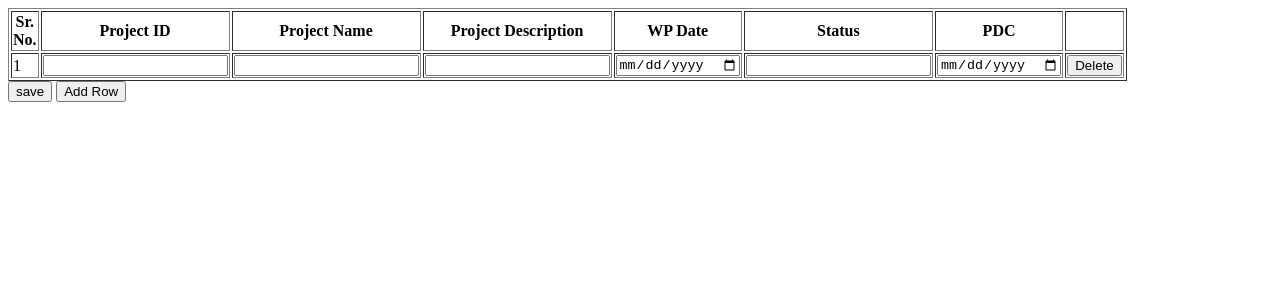
Repository: AdarshK062/BasicServlet
Page: http://localhost/Project1/index5.jsp
These files come from the project's save history. The page is drawn as it stood at one moment and after the next save; the edit follows.
The browser window is 1280 px wide. The pictures show the whole page.
The page is served by Tomcat 9.

Above is the page before, as saved 2021-03-29 15:36:14.

After the next save:
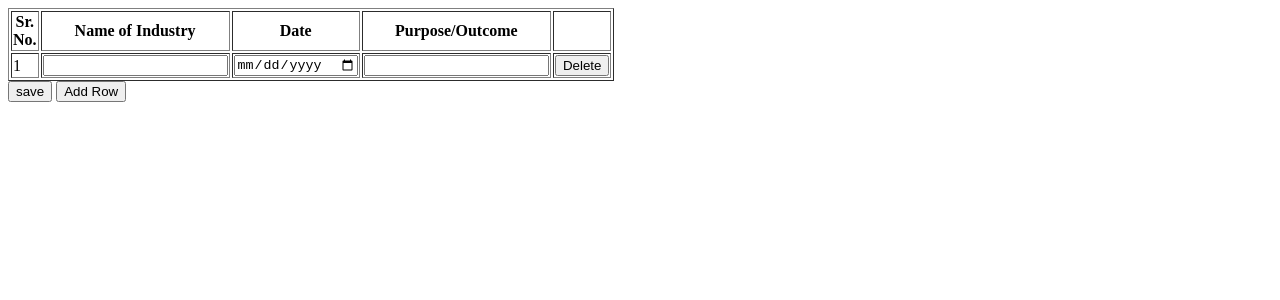
Saved 9 min 46 s later.
--- a/Project1/WebContent/index5.jsp
+++ b/Project1/WebContent/index5.jsp
@@ -25,51 +25,31 @@ DBConnect db=(DBConnect)s.getAttribute("db");
         var cell2 = row.insertCell(2);
         var cell3 = row.insertCell(3);
         var cell4 = row.insertCell(4);
-        var cell5 = row.insertCell(5);
-        var cell6 = row.insertCell(6);
-        var cell7 = row.insertCell(7);
         cell0.innerHTML = rowCount;
 
         var element1 = document.createElement("input");
         element1.type = "text";
         element1.setAttribute('value', '');
-        element1.setAttribute('name', 'projectId'+rowCount);
+        element1.setAttribute('name', 'name'+rowCount);
         cell1.appendChild(element1);
 
         var element2 = document.createElement("input");
-        element2.type = "text";
-        element2.setAttribute('value', '');
-        element2.setAttribute('name', 'projectName'+rowCount);
+        element2.type = "date";
+        element2.setAttribute('name', 'date'+rowCount);
         cell2.appendChild(element2);
 
         var element3 = document.createElement("input");
         element3.type = "text";
         element3.setAttribute('value', '');
-        element3.setAttribute('name', 'projectDesc'+rowCount);
+        element3.setAttribute('name', 'purpose'+rowCount);
         cell3.appendChild(element3);
 
         var element4 = document.createElement("input");
-        element4.type = "date";
-        element4.setAttribute('name', 'WPDate'+rowCount);
+        element4.type = "button";
+        element4.name = "button"+rowCount;
+        element4.setAttribute('value', 'Delete');
+        element4.onclick = function () { removeRow("button"+rowCount); }
         cell4.appendChild(element4);
-
-        var element5 = document.createElement("input");
-        element5.type = "text";
-        element5.setAttribute('value', '');
-        element5.setAttribute('name', 'status'+rowCount);
-        cell5.appendChild(element5);
-
-        var element6 = document.createElement("input");
-        element6.type = "date";
-        element6.setAttribute('name', 'PDC'+rowCount);
-        cell6.appendChild(element6);
-
-        var element7 = document.createElement("input");
-        element7.type = "button";
-        element7.name = "button"+rowCount;
-        element7.setAttribute('value', 'Delete');
-        element7.onclick = function () { removeRow("button"+rowCount); }
-        cell7.appendChild(element7);
     }
     function removeRow(btnName) {
         try {
@@ -77,7 +57,7 @@ DBConnect db=(DBConnect)s.getAttribute("db");
             var rowCount = table.rows.length;
             for(var i = 1; i < rowCount; i++){
                 var row = table.rows[i];
-                var rowObj = row.cells[7].childNodes[0];
+                var rowObj = row.cells[4].childNodes[0];
                 if (rowObj.name == btnName) {
                     table.deleteRow(i);
                     for(var j=i;j<rowCount-1;j++){
@@ -92,26 +72,20 @@ DBConnect db=(DBConnect)s.getAttribute("db");
         }
     }
 </SCRIPT>
-	<form action="SaveServlet" method="post">
+	<form action="SaveServlet1" method="post">
 		<TABLE id="dataTable" border="1">
 			<TR>
 				<TH>Sr.<br> No.</TH>
-				<TH>Project ID</TH>
-				<TH>Project Name</TH>
-				<TH>Project Description</TH>
-				<TH>WP Date</TH>
-				<TH>Status</TH>
-				<TH>PDC</TH>
+				<TH>Name of Industry</TH>
+				<TH>Date</TH>
+				<TH>Purpose/Outcome</TH>
 				<TH></TH>
 			</TR>
 			<TR>
 				<TD>1</TD>
-				<TD><input type="text" value="" name="projectId1"></TD>
-				<TD><input type="text" value="" name="projectName1"></TD>
-				<TD><input type="text" value="" name="projectDesc1"></TD>
-				<TD><input type="date" value="" name="WPDate1"></TD>
-				<TD><input type="text" value="" name="status1"></TD>
-				<TD><input type="date" value="" name="PDC1"></TD>
+				<TD><input type="text" value="" name="name1"></TD>
+				<TD><input type="date" value="" name="date1"></TD>
+				<TD><input type="text" value="" name="purpose1"></TD>
 				<TD><input type="button" name="button1" value="Delete" onclick="removeRow('button1')"></TD>
 			</TR>
 		</TABLE>
